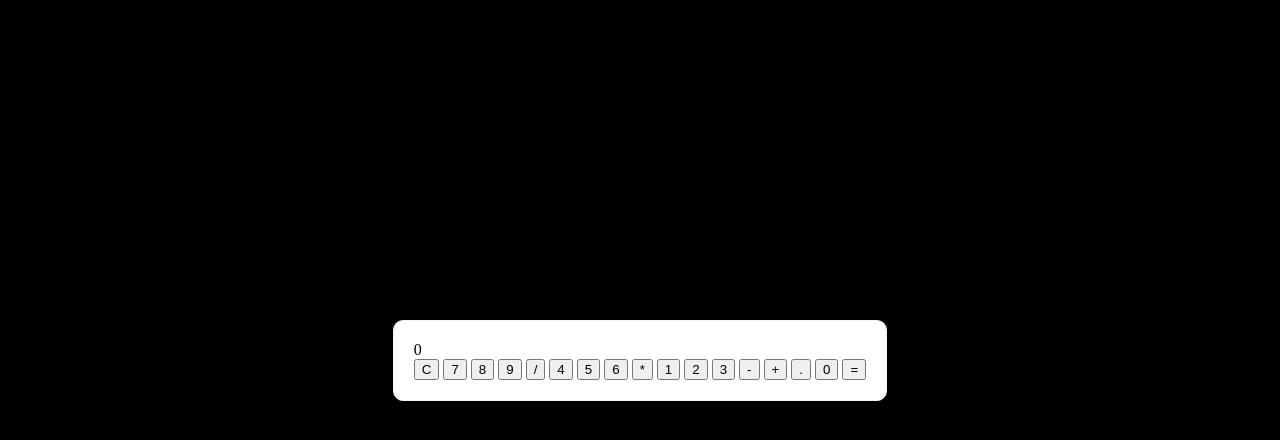
Repository: alizey12/calculator
Page: index.html
These files come from the project's save history. The page is drawn as it stood at one moment and after a run of saves; the edit follows.
The browser window is 1280 px wide. The pictures show the whole page.

Above is the page before, as saved 2024-11-23 18:40:50.

### index.html
<!DOCTYPE html>
<html lang="en">
<head>
    <meta charset="UTF-8">
    <meta name="viewport" content="width=device-width, initial-scale=1.0">
    <title>Document</title>
    <link rel="stylesheet" href="styles.css">
</head>
<body>
 <div class="calculator">
            <div class="display" id="display">0</div>
            <div class="buttons">


                <button class="btn" id="clear">C</button>
                <button class="btn">7</button>
                <button class="btn">8</button>
                <button class="btn">9</button>
                <button class="btn operator">/</button>
                <button class="btn">4</button>
                <button class="btn">5</button>
                <button class="btn">6</button>
                <button class="btn operator">*</button>
                <button class="btn">1</button>
                <button class="btn">2</button>
                <button class="btn">3</button>
                <button class="btn operator">-</button>
                <button class="btn operator">+</button>
                <button class="btn">.</button>
                <button class="btn">0</button>
                <button class="btn operator" id="equals">=</button>


            </div>
        </div>


    <script src="script.js"></script>
</body>
</html>

### styles.css
body {
    display: flex;
    justify-content: center;
    align-items: center;
    height: 100vh;
    background-color: #000000;
    margin: 0;
}

.calculator {
    border: 1px solid #f3f3f3;
    border-radius: 10px;
    padding: 20px;
    background-color: #fff;
    box-shadow: 0 0 10px rgba(0, 0, 0, 0.1);
}
/*
.display {
    font-size: 2em;
    margin-bottom: 10px;
    padding: 10px;

    background-color: #222;
    color: #fff;
    text-align: right;
    border-radius: 5px;
}
#display{
    height: 80%;
}
.buttons {
    display: grid;
    grid-template-columns: repeat(4, 1fr);
    gap: 10px;
}

.btn {
    padding: 20px;
    font-size: 1.5em;
    border: none;
    border-radius: 5px;
    background-color: #f0f0f0;
    cursor: pointer;
}

.btn.operator {
    background-color: #da9ac4;
    color: #fff;
}

.btn#clear {
    background-color: #ff3b30;
    color: #fff;
}

.btn#equals {
    grid-column: span 4;
    background-color: #186e2e;
    color: #fff;
} */

Loaded but not shown: script.js (no copy from this time; the picture is the same without it)

After the next 2 saves:
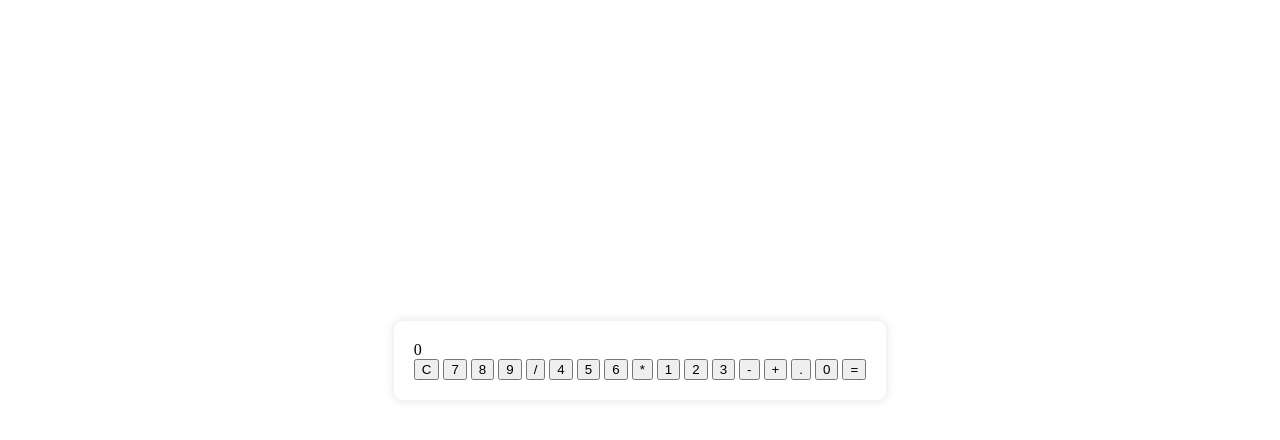
The 2 saves are shown as one change because they came seconds apart.
The last was saved 15 s later.
--- a/styles.css
+++ b/styles.css
@@ -3,7 +3,7 @@ body {
     justify-content: center;
     align-items: center;
     height: 100vh;
-    background-color: #000000;
+    background-color: #ffffff;
     margin: 0;
 }
 
